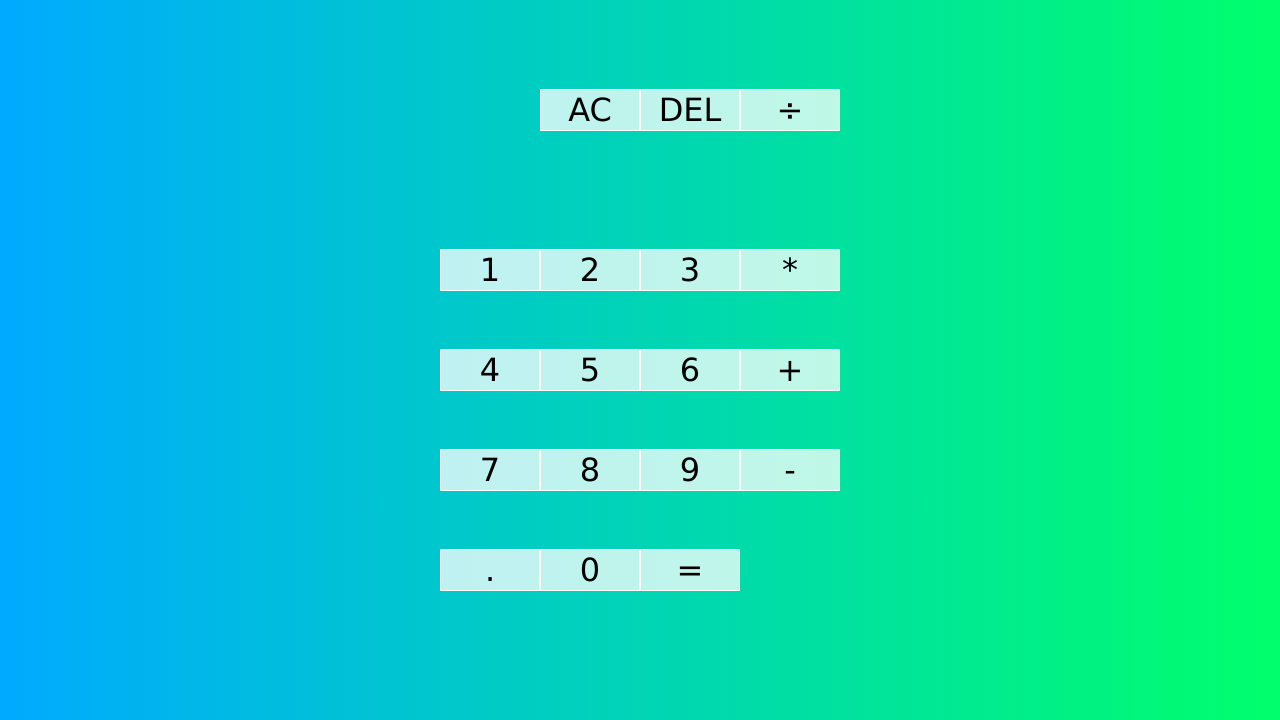
Repository: devkthines/js-calculator
Page: index.html
These files come from the project's save history. The page is drawn as it stood at one moment and after a run of saves; the edit follows.
The browser window is 1280 px wide. The pictures show the whole page.

Above is the page before, as saved 2023-12-18 21:53:37.

After the next 2 saves:
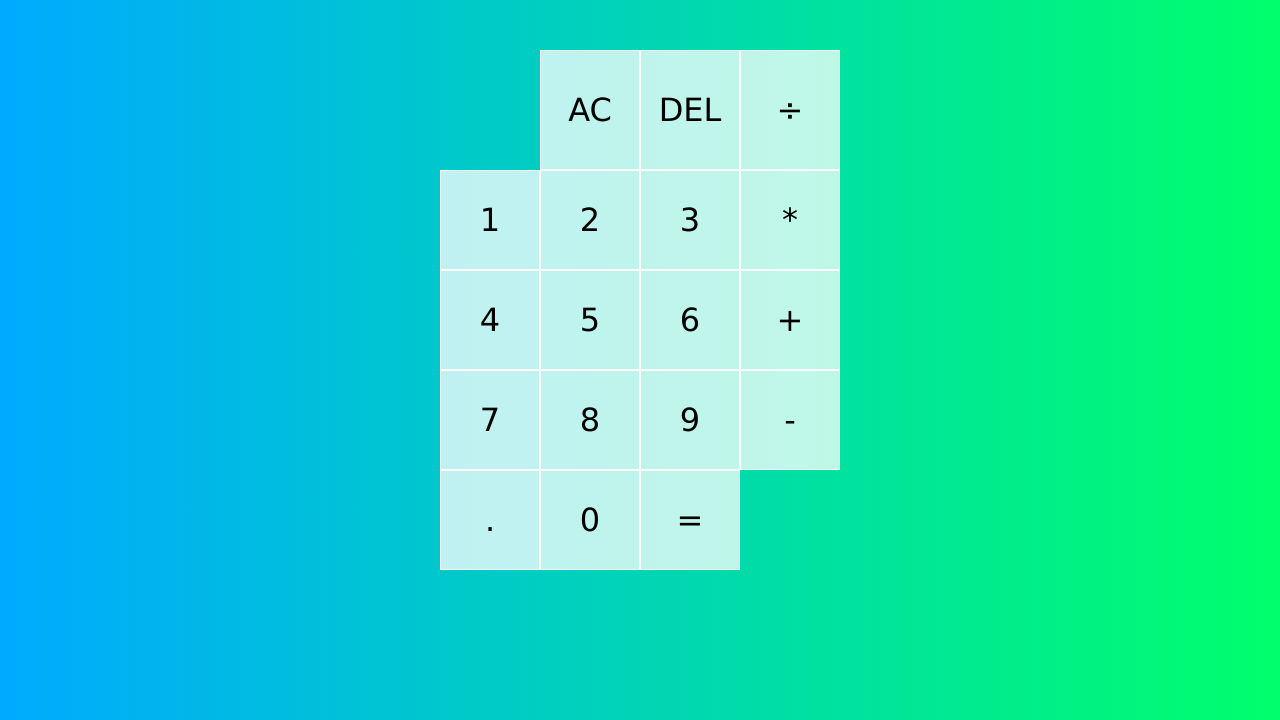
The 2 saves are shown as one change because they came seconds apart.
The last was saved 21 s later.
--- a/styles.css
+++ b/styles.css
@@ -15,7 +15,9 @@ body{
 .calculator-grid{
     display: grid;
     justify-content: center;
-    align-items: center;
+
+
+    align-content: center;
     /* Stating for the calculator to take up space on screen vertically at all times */
     min-height: 100vh;
     grid-template-columns: repeat(4,100px);
